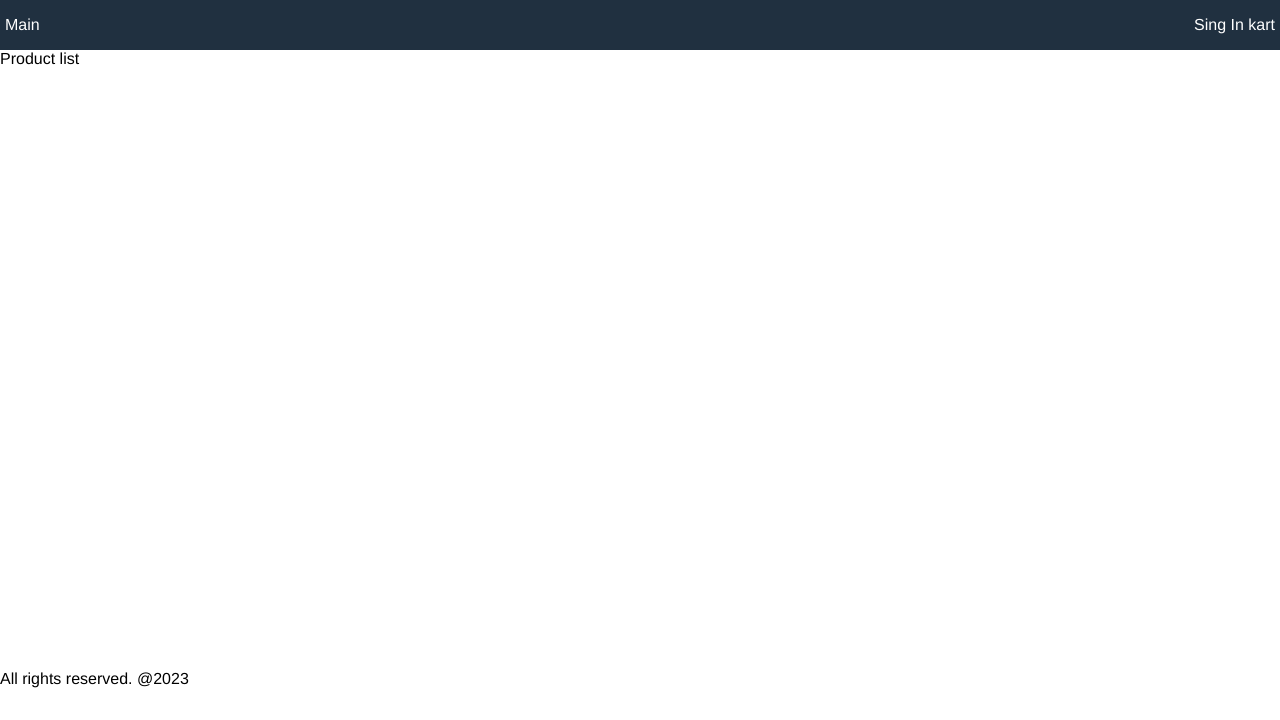
Repository: mvbri/Javascript-ecommerce
Page: frontend/src/index.html
These files come from the project's save history. The page is drawn as it stood at one moment and after the next save; the edit follows.
The browser window is 1280 px wide. The pictures show the whole page.

Above is the page before, as saved 2023-07-02 19:04:08.

After the next save:
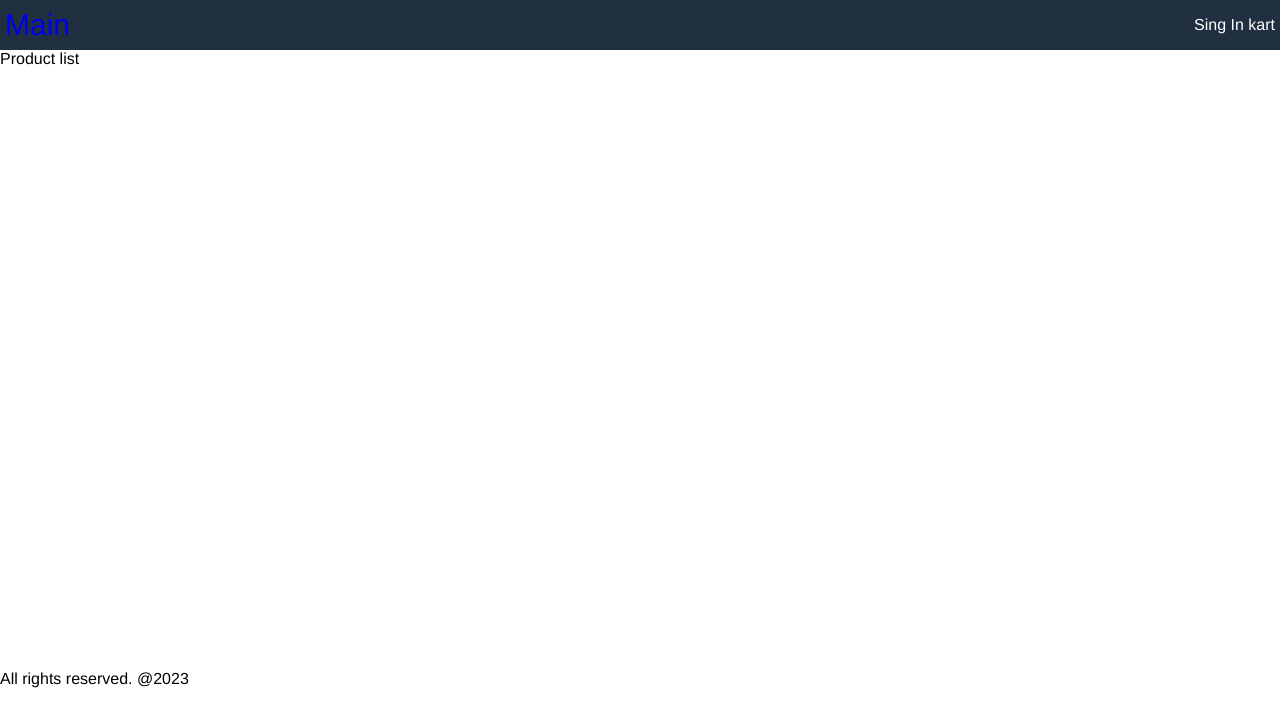
Saved 25 s later.
--- a/frontend/src/index.html
+++ b/frontend/src/index.html
@@ -11,7 +11,7 @@
 		<div class="grid-container">
 			<header class="header">
 				<div>
-					<a class="link" href="/#/">Main</a>
+					<a class="brand-link" href="/#/">Main</a>
 				</div>
 				<div>
 					<a class="link" href="/#/singin">Sing In</a>
